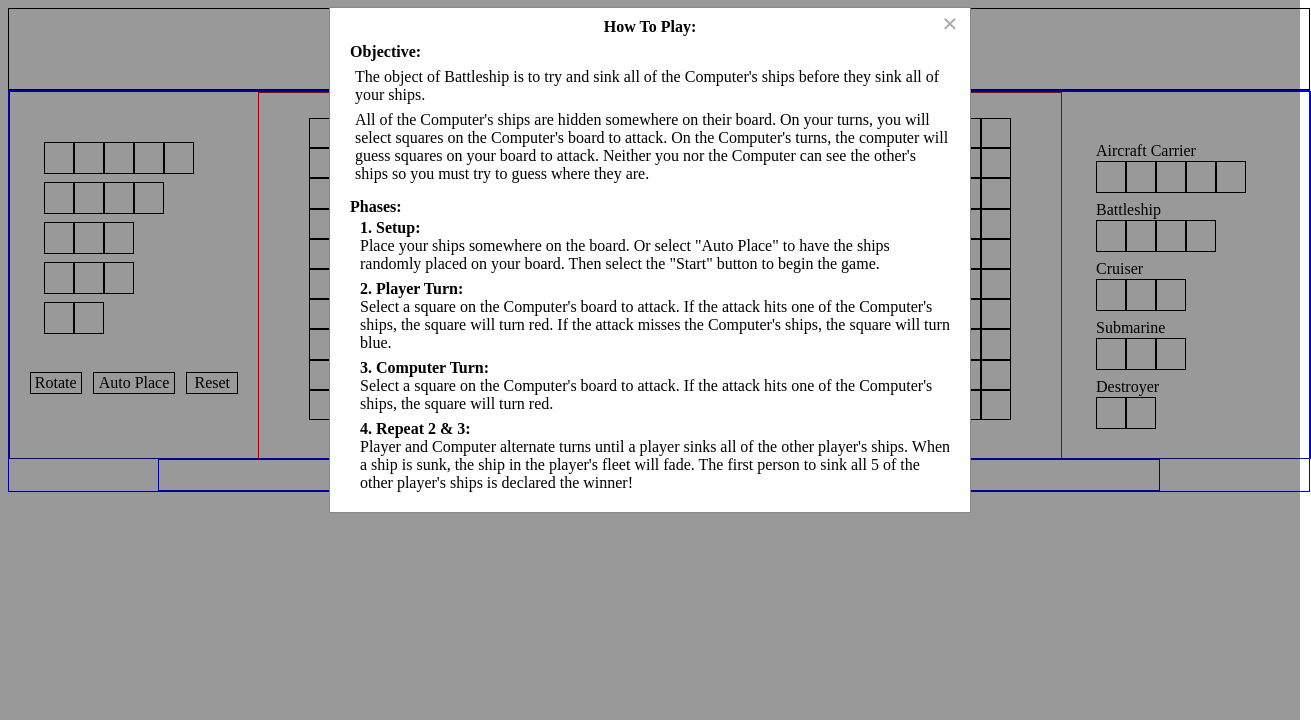
Repository: J-Haze/BattleshipApp
Page: /
These files come from the project's save history. The page is drawn as it stood at one moment and after the next save; the edit follows.
The browser window is 1280 px wide. The page is 1311 px wide, so the pictures cover 1311 px, including what lies to the right of the window. The pictures show the whole page.
The project was rebuilt for these pictures with package versions that can differ from the ones it lists, and the page was loaded fresh each time. Also part of the build but not shown: src/index.css, src/Components/ModalEnd.js.

Above is the page before, as saved 2020-09-26 18:16:58.

### src/App.js
import React from "react";
import "./App.css";
import Game from "./Components/Game";
import Header from "./Components/Header"
// import { ProgressPlugin } from "webpack";

//test

function App() {
  return (
    <div className="App">
      <Header />
      <Game />
    </div>
  );
}

export default App;

### src/App.css
/* test */
:root{
    --black: #1B262C;
}

body {
    /* color: rgb(56, 48, 48) */
}

header {
    border: 1px solid black;

    display: flex;
    flex-direction: column;
    justify-content: center;
    align-items: center;
    margin-left: auto;
    margin-right: auto;
    width: 1300px;
    height: 80px;

}

/* div {
    border: 1px solid black;
} */

#how-to:hover{
    cursor: pointer;
}

#game{
    width: 1300px;
    height: 400px;
    display: flex;
    flex-direction: column;
    border: 1px solid blue;
    margin-left: auto;
    margin-right: auto;
}

.column{
    width: 400px;
    height: 100%;
    border: 1px solid red;
}

.board{
    height: 300px;
    width: 300px;
    margin-left: auto;
    margin-right: auto;
    margin-top: 25px;

    display: grid;
    grid-template-columns: repeat(1, 1fr);
    grid-template-rows: repeat(10, 1fr);
    gap: 2px;
}

.row{
    display: flex;
    /* height: 30px; */
    height: 1fr;
    width: 1fr;
}

.square{
    /* height: 100%;
    width: 10%; */
    display: flex;
    height: 100%;
    width: 10%;
    border: 1px solid black;
}

.ship{
    background-color:gray;
    height: 100%;
    width: 100%;
}

.hit{
    background-color:red;
    height: 100%;
    width: 100%;
}

.miss{
    background-color:lightblue;
    height: 100%;
    width: 100%;
}

.sunk{
    background-color:black;
    height: 100%;
    width: 100%;
}

.empty{
    /* background-color: yellow; */
    height: 100%;
    width: 100%;
}

.clickable:hover{
    background-color: rgb(205, 205, 205);
    cursor: pointer;
}

#top-row{
    display: flex;
    width: 1300px;
    height: 400px;
    border: 1px solid blue;
    margin-left: auto;
    margin-right: auto;
}

#bottom-row{
    display: flex;
    width: 1000px;
    height: 30px;
    border: 1px solid blue;
    margin-left: auto;
    margin-right: auto;
}

#start-button{
    margin-left: auto;
    margin-right: auto;
}

.fleet-square{
    width: 30px;
    height: 30px;
    border: 1px solid black;
}

.ship-text{
    margin-left: 20px;
    margin-right: auto;
    margin-bottom: 1px;
    /* border: 1px solid black; */
}

.fleet-horizontal{
    height: 220px;
    width: 220px;
    margin-top: 50px;
    margin-left: auto;
    margin-right: auto;
}

.ship-harbor-horizontal{
    display: flex;
    height: 30px;
    margin-bottom: 10px;
    margin-left: 20px;
    border: none;
}

.carrier-horizontal{
    width: 150px;
}

.battleship-horizontal{
    width: 120px;
}

.cruiser-horizontal{
    width: 90px;
}

.submarine-horizontal{
    width: 90px;
}

.destroyer-horizontal{
    width: 60px;
}

.fleet-vertical{
    display: flex;
    height: 220px;
    width: 220px;
    margin-top: 50px;
    margin-left: auto;
    margin-right: auto;
}

.ship-harbor-vertical{
    display: flex;
    flex-direction: column;
    width: 30px;
    margin-left: 10px;
    margin-top: 50px;
    border: none;
}

.carrier-vertical{
    height: 150px;
}

.battleship-vertical{
    height: 120px;
}

.cruiser-vertical{
    height: 90px;
}

.submarine-vertical{
    height: 90px;
}

.destroyer-vertical{
    height: 60px;
}

.toggle{
    background-color: gray;
}

.boat-placed{
    background-color: black;
    width: 30px;
    height: 30px;
    border: 1px solid black;
}

#setup{
    margin-left: auto;
    margin-right: auto;
}

#setup-buttons{
    display: flex;
    margin-top: 10px;
}

.btn{
    height: 20px;
    display: flex;
    justify-content: center;
    align-items: center;
    margin-left: auto;
    margin-right: auto;
    border: 1px solid black;
}

.btn:hover{
    cursor: pointer;
}

#rotate{
    width: 50px;
}

#auto-place{
    width: 80px;
}

#reset{
    width: 50px;
}

#start-button{
    border: 1px solid black;
    display: flex;
    justify-content: center;
    align-items: center;
    width: 50px;
    height: 30px;
}

#start-button:hover{
    cursor: pointer;
}

#newGame{
    border: 1px solid black;
    display: flex;
    justify-content: center;
    align-items: center;
    margin-left: auto;
    margin-right: auto;
    width: 80px;
    height: 30px;
}

#newGame:hover{
    cursor: pointer;
}


/* End of Game Modal */

.modal{
    display: block;
    position: fixed;
    z-index: 1;
    left: 0;
    top: 0;
    width: 100vw;
    min-width: 1300px;
    height: 100vh;
    /* overflow: auto; */
    background-color: rgb(0,0,0);
    background-color: rgba(0,0,0,0.4);
  }

  .modal-content{
    display: flex;
    flex-direction: column;
    background-color: #fefefe;
    margin-left: auto;
    margin-right: auto;
    margin-top: 1vh;
    padding: 20px;
    padding-top: 0px;
    border: 1px solid #888;
    width: 600px;
    justify-content: center;
    align-items: center;
  }

  .close{
    color: #aaa;
    float: right;
    margin-left: 100%;
    font-size: 28px;
    height: 10px;
    font-weight: bold;
    /* border: 1px solid black; */
  }

  .close:hover, .close:focus {
    color: black;
    text-decoration: none;
    cursor: pointer;
  }

  .message{
      font-size: 3em;
      /* border: 1px solid black; */
      margin-bottom: 5px;
  }

.image{
    width: 500px;
    margin-left: auto;
    margin-right: auto;
    margin-bottom: 20px;
}

.space{
    margin-top: 7px;
}

.phases{
    margin-top: 15px;
}

.setup-space{
    margin-top: 3px;
}

.indent{
    margin-left: 5px;
}

### src/Components/Header.js
import React, { useState, useEffect } from "react"
import ModalHowTo from "./ModalHowTo.js"
// import shipFactory from "../factories/ship"
// import gameboardFactory from "../factories/gameboard"
// import player from "../factories/player"


function Header() {
    const [howToOpen, setHowToOpen] = useState(true);


    function howTo() {
        setHowToOpen(true)
    }

    function hideHowTo() {
        setHowToOpen(false)
    }

    // function hideModal() {
    //     setHowToOpen(false)
    // }

    return (
        <header>
            <div>BattleShip</div>
            <div> Image of battleship </div>
            <div id="how-to" onClick={() => howTo()}> How To Play
            </div>
            {howToOpen && <ModalHowTo
                // hideModal={hideModal}
                hideHowTo={hideHowTo}
            />}
        </header>
    )
}


export default Header;

### src/factories/ship.js

const shipFactory = (shipLength) => {
    const shipNames = {
        1: 'Submarine',
        2: 'Destroyer',
        3: 'Cruiser',
        4: 'Battleship',
        5: 'Carrier',
    };

    const name = shipNames[shipLength];

    if (shipLength == 1) {
        shipLength = 3;
    }


    let ship = [];
    for (let i = 0; i < shipLength; i++) {
        ship.push([false, i, name])
    }

    let hit = (hitLocation) => {
        ship[hitLocation] = [true, hitLocation, name];
        console.log("Hit!", ship)
        console.log(`You've hit my ${name}`)
        // console.log("hits length", hit.length)
        // console.log("ship.length", ship.length)
        return ship
    }

    let isSunk = () => {
        let sunkStatus = false
        ship[0][0] == true ? sunkStatus = true : sunkStatus = false
        for (let square in ship) {
            // console.log("ship:", ship)
            // console.log(ship[square])
            sunkStatus = (ship[square][0] && sunkStatus)
        }
        // let sunkStatus = ship[0].every(Boolean);
        return sunkStatus
    }

    return {
        //id,
        name,
        shipLength,
        ship,
        hit,
        isSunk
    }
}

// const destroyer = shipFactory(2)
// const cruiser = shipFactory(3)
// const battleship = shipFactory(4)
// const carrier = shipFactory(5)

export default shipFactory;

//export default {shipFactory, destroyer, cruiser, battleship, carrier}

//Comment out with not testing
// module.exports = shipFactory;

### src/factories/player.js
// import shipFactory from "./ship"
import gameboardFactory from "./gameboard"

const player = (playerName) => {
    // const submarine = shipFactory(1)
    // const destroyer = shipFactory(2)
    // const cruiser = shipFactory(3)
    // const battleship = shipFactory(4)
    // const carrier = shipFactory(5)
    const getBoard = gameboardFactory();
    const gameboard = getBoard;
    let attackCoord = 100;
    let index = 100;

    const squaresToGuess = [];

    for (let i = 0; i <= 99; i++) {
        squaresToGuess.push(i);
    }
    // console.log(squaresToGuess)

    //Randomly sends an attack
    const sendAttack = (coord) => {
        // if (playerName == "Computer") {
        // }
        // console.log("yes", playerName)
        if (playerName == "Player") {
            attackCoord = coord;
            index = squaresToGuess.indexOf(attackCoord);
            squaresToGuess.splice(index, 1);
        } else {
            // console.log("s2g", squaresToGuess.length - 1)
            attackCoord = Math.floor(Math.random() * (squaresToGuess.length - 1));
            index = squaresToGuess.indexOf(attackCoord);
            squaresToGuess.splice(index, 1);
            // console.log("index:", index)
        }

        // console.log({ attackCoord })
        // console.log("squares to guess:", squaresToGuess)
        return attackCoord
    }



    //send attack will take coordinates and "send an attack" to the OPPOSING board
    //Need to make sure it has an array of 0-99 and takes away the guessed numbers from that array.
    //random between 0 and array.length

    return {
        gameboard,
        squaresToGuess,
        sendAttack
    }
}








export default player;

### src/Components/Board.js
import React, { useState, useEffect } from "react"
// import shipFactory from "../factories/ship"
// import gameboardFactory from "../factories/gameboard"
// import player from "../factories/player"
// import Square from "./Square.js"
import Row from "./Row.js"
// import Player from "./Player.js"

function Board(props) {
    let { id, board, phase, boardID, handlePlaceShip, update } = props;

    const [rowState, setRows] = useState([]);

    // let rows = [];


    useEffect(() => {
        let rows = [];
        for (let i = 0; i < board.length; i += 10) {
            rows.push(board.slice(i, i + 10));
        }
        setRows(rows);
    }, [update]
    );



    return (
        <div id={id} className="board">
            {/* {squareItems} */}
            {rowState.map((row, i) => {
                return (
                    <Row
                        key={i}
                        roww={i}
                        rowObj={row}
                        phase={phase}
                        boardID={boardID}
                        handlePlaceShip={handlePlaceShip}
                    // position={[i, j]}
                    // position={square}
                    // key={square.}
                    // key={book.title}
                    // book={book}
                    // handleDelete={handleDelete}
                    // toggleRead={toggleRead}
                    // toggleReading={toggleReading}
                    // toggleNotRead={toggleNotRead}
                    />
                );
            })
            }
        </div>
    )
}

export default Board;

### src/Components/Row.js
import React, { useState, useEffect } from "react"
// import shipFactory from "../factories/ship"
// import gameboardFactory from "../factories/gameboard"
// import player from "../factories/player"
import Square from "./Square"

function Row(props) {
    let { roww, rowObj, handleClick, phase, boardID, handlePlaceShip, update } = props;


    useEffect(() => {
        rowObj = rowObj;
    },
        [update]
    );

    return (
        <div className="row">
            {rowObj.map((square, j) => {
                return (
                    <Square
                        key={j}
                        row={roww}
                        col={j}
                        squareObj={square}
                        handleClick={handleClick}
                        phase={phase}
                        boardID={boardID}
                        handlePlaceShip={handlePlaceShip}
                    />
                );
            })
            }
        </div>
    )
};
export default Row;

### src/Components/Fleet.js
import React, { useState, useEffect } from "react"

function Fleet(props) {

    let sunkCarrier = "";
    let sunkBattleship = "";
    let sunkCruiser = "";
    let sunkSubmarine = "";
    let sunkDestroyer = "";

    if (props.boatsSunk.includes("Carrier")) {
        sunkCarrier = "sunk";
    } else {
        sunkCarrier = "";
    };

    if (props.boatsSunk.includes("Battleship")) {
        sunkBattleship = "sunk";
    } else {
        sunkBattleship = "";
    };

    if (props.boatsSunk.includes("Cruiser")) {
        sunkCruiser = "sunk";
    } else {
        sunkCruiser = "";
    };

    if (props.boatsSunk.includes("Submarine")) {
        sunkSubmarine = "sunk";
    } else {
        sunkSubmarine = "";
    };

    if (props.boatsSunk.includes("Destroyer")) {
        sunkDestroyer = "sunk";
    } else {
        sunkDestroyer = "";
    };

    return (
        <div id={props.id} className="fleet-horizontal" >
            <div className="ship-text">Aircraft Carrier</div>
            <div className={`carrier-horizontal ship-harbor-horizontal ${sunkCarrier}`} >
                <div className="fleet-square"></div>
                <div className="fleet-square"></div>
                <div className="fleet-square"></div>
                <div className="fleet-square"></div>
                <div className="fleet-square"></div>
            </div>
            <div className="ship-text"> Battleship </div>
            <div className={`battleship-horizontal ship-harbor-horizontal ${sunkBattleship}`} >
                <div className="fleet-square"></div>
                <div className="fleet-square"></div>
                <div className="fleet-square"></div>
                <div className="fleet-square"></div>
            </div>
            <div className="ship-text">Cruiser</div>
            <div className={`cruiser-horizontal ship-harbor-horizontal ${sunkCruiser}`} >
                <div className="fleet-square"></div>
                <div className="fleet-square"></div>
                <div className="fleet-square"></div>
            </div>
            <div className="ship-text">Submarine</div>
            <div className={`submarine-horizontal ship-harbor-horizontal ${sunkSubmarine}`} >
                <div className="fleet-square"></div>
                <div className="fleet-square"></div>
                <div className="fleet-square"></div>
            </div>
            <div className="ship-text">Destroyer</div>
            <div className={`destroyer-horizontal ship-harbor-horizontal ${sunkDestroyer}`} >
                <div className="fleet-square"></div>
                <div className="fleet-square"></div>
            </div>
        </div >
    )


};

export default Fleet;

### src/Components/ModalHowTo.js
import React, { useState, useEffect } from "react";
import winningImage from "../assets/winning-image.png"
import losingImage from "../assets/losing-image.png"

function ModalEnd(props) {


    return (
        <div className="modal" onClick={() => { props.hideHowTo() }}>
            <div id="howToModal" className="modal-content" onClick={(event) => {event.stopPropagation()}}>
                <span className="close" onClick={() => { props.hideHowTo() }}>&times;</span>
                <div className="howToTop"> <strong>How To Play:</strong></div>
                <div className="howToBottom space">
                    <div> <strong>Objective:</strong></div>
                    <div className="space indent">The object of Battleship is to try and sink all of the Computer's ships before they sink all of your ships.</div>
                    <div className="space indent">All of the Computer's ships are hidden somewhere on their board. On your turns, you will select squares on the Computer's board to attack. On the Computer's turns, the computer will guess squares on your board to attack. Neither you nor the Computer can see the other's ships so you must try to guess where they are.
                        </div>
                    <div className="phases"><strong>Phases:</strong></div>
                    <div className="indent">
                        <div className="setup-space indent"><strong>1. Setup:</strong></div>
                        <div className="indent">Place your ships somewhere on the board. Or select "Auto Place" to have the ships randomly placed on your board. Then select the "Start" button to begin the game.</div>
                    <div className="space indent"><strong>2. Player Turn:</strong></div>
                    <div className="indent">Select a square on the Computer's board to attack. If the attack hits one of the Computer's ships, the square will turn red. If the attack misses the Computer's ships, the square will turn blue.</div>
                    <div className="space indent"><strong>3. Computer Turn:</strong></div>
                        <div className="indent">Select a square on the Computer's board to attack. If the attack hits one of the Computer's ships, the square will turn red.</div>
                    <div className="space indent"><strong>4. Repeat 2 & 3: </strong></div>
                    <div className="indent">Player and Computer alternate turns until a player sinks all of the other player's ships. When a ship is sunk, the ship in the player's fleet will fade. The first person to sink all 5 of the other player's ships is declared the winner!</div>
                    </div>
                </div>
            </div>
        </div>
    )
}

export default ModalEnd;

### src/Components/Square.js
import React, { useState, useEffect } from "react"
// import shipFactory from "../factories/ship"
// import gameboardFactory from "../factories/gameboard"
// import player from "../factories/player"

function Square(props) {

    const id = (props.row * 10 + props.col)

    let attackClick = () => props.handleClick(id);
    let placementClick = () => props.handlePlaceShip(id);

    let placementMode = null;
    let playerAttack = null;

    if (props.phase == "setup") {
        placementMode = placementClick;
        playerAttack = null;
    } else if (props.phase == "playerTurn") {
        placementMode = null;
        playerAttack = attackClick;
    }

    let playerClickable = "";
    if (props.phase == "setup") {
        playerClickable = " clickable"
    } else {
        playerClickable = "";
    }

    let computerClickable = "";
    if (props.phase == "playerTurn") {
        computerClickable = "clickable"
    } else {
        computerClickable = "";
    }

    if (props.boardID == "player") {
        return (
            <div className="square">
                {(props.squareObj != null) ?
                    ((props.squareObj[0] == false) ?
                        (<div className="ship" key={id}></div>) :
                        (props.squareObj[0] == true) ?
                            (<div className="hit" key={id}>X</div>) :
                            (props.squareObj[0] == "sunk") ?
                                (<div className="sunk" key={id}>X</div>) :
                                (props.squareObj == "miss") ?
                                    (<div className="miss" key={id}>X</div>) :
                                    (<div>error</div>)) :
                    (<div className={`empty ${playerClickable}`} key={id} onClick={placementMode}></div>)
                }
            </div>
        )
    } else {
        return (
            <div className="square">
                {(props.squareObj != null) ?
                    ((props.squareObj[0] == false) ?
                        (<div className="ship" key={id} onClick={playerAttack}></div>) :
                        (props.squareObj[0] == true) ?
                            (<div className="hit" key={id}>X</div>) :
                            (props.squareObj[0] == "sunk") ?
                                (<div className="sunk" key={id}>X</div>) :
                                (props.squareObj == "miss") ?
                                    (<div className="miss" key={id}>X</div>) :
                                    (<div>error</div>)) :
                    (<div className={`empty ${computerClickable}`} key={id} onClick={playerAttack}></div>)
                }
            </div>
        )
    }


}

export default Square;

Loaded but not shown: public/index.html (common file); src/index.js (common file); src/serviceWorker.js (common file); src/Components/Game.js (297 lines, source omitted); src/factories/gameboard.js (224 lines, source omitted); src/Components/PlayerFleet.js (161 lines, source omitted)

After the next save:
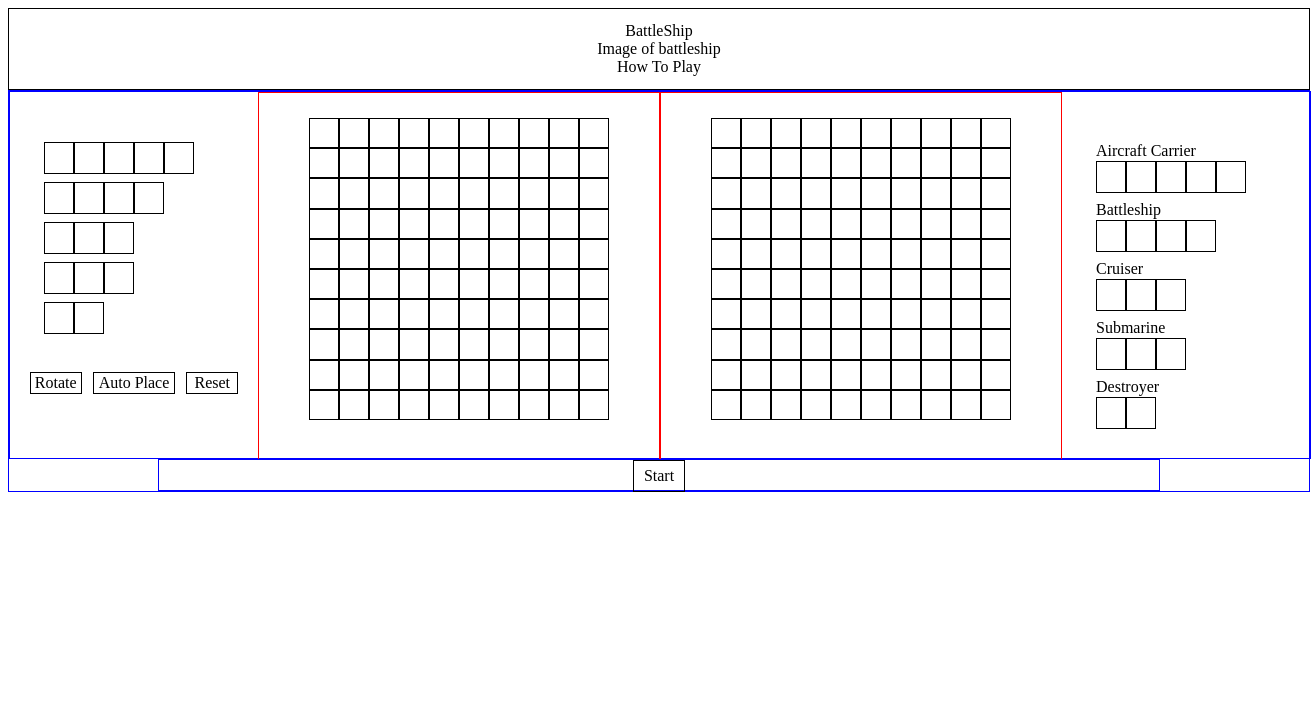
Saved 55 s later.
--- a/src/Components/Header.js
+++ b/src/Components/Header.js
@@ -6,7 +6,7 @@ import ModalHowTo from "./ModalHowTo.js"
 
 
 function Header() {
-    const [howToOpen, setHowToOpen] = useState(true);
+    const [howToOpen, setHowToOpen] = useState(false);
 
 
     function howTo() {
@@ -17,10 +17,6 @@ function Header() {
         setHowToOpen(false)
     }
 
-    // function hideModal() {
-    //     setHowToOpen(false)
-    // }
-
     return (
         <header>
             <div>BattleShip</div>
@@ -28,7 +24,6 @@ function Header() {
             <div id="how-to" onClick={() => howTo()}> How To Play
             </div>
             {howToOpen && <ModalHowTo
-                // hideModal={hideModal}
                 hideHowTo={hideHowTo}
             />}
         </header>
